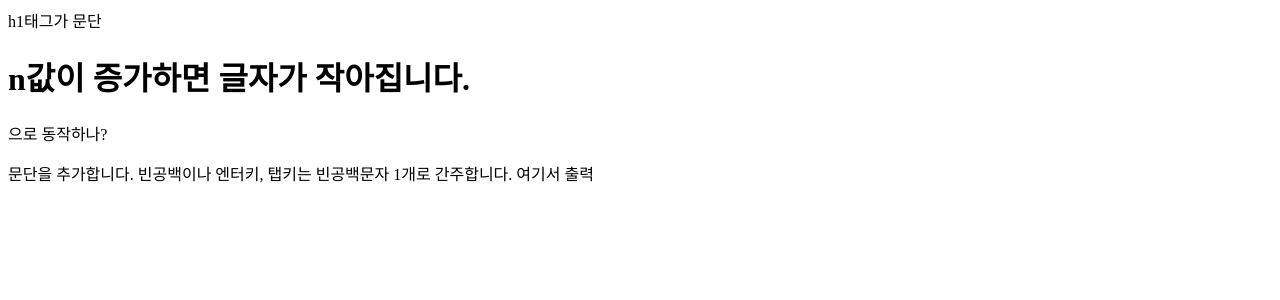
Repository: logicallaw/internet_programming
Page: T01/public/hello.html
These files come from the project's save history. The page is drawn as it stood at one moment and after the next save; the edit follows.
The browser window is 1280 px wide. The pictures show the whole page.

Above is the page before, as saved 2025-03-11 10:22:26.

### T01/public/hello.html
<!DOCTYPE html>
<html>
<head>
<meta charset="UTF-8">
<title>첫 페이지</title>
</head>
<body>
h1태그가 문단<h1>n값이 증가하면 글자가 작아집니다.</h1>으로 동작하나?
<p>
문단을 추가합니다.




빈공백이나 엔터키, 탭키는 빈공백문자 1개로 간주합니다.
			여기서 출력
</p>
</body>
</html>

After the next save:
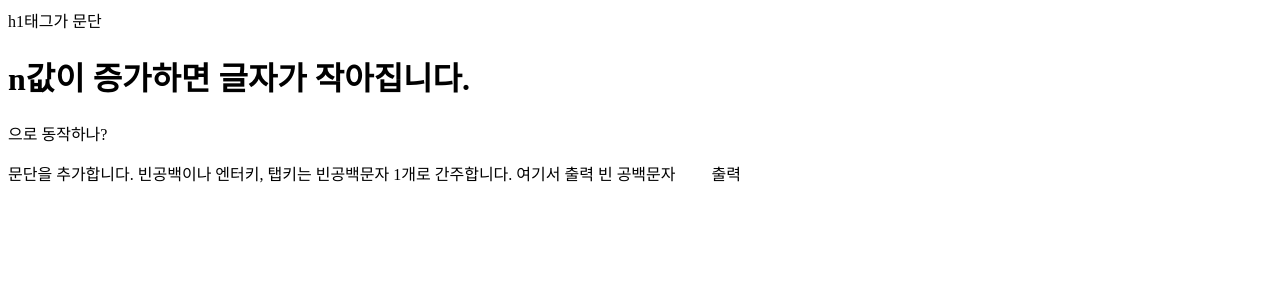
Saved 73 s later.
--- a/T01/public/hello.html
+++ b/T01/public/hello.html
@@ -14,6 +14,8 @@ h1태그가 문단<h1>n값이 증가하면 글자가 작아집니다.</h1>으로
 
 빈공백이나 엔터키, 탭키는 빈공백문자 1개로 간주합니다.
 			여기서 출력
+
+빈 공백문자 &nbsp; &nbsp; &nbsp; &nbsp; 출력
 </p>
 </body>
 </html>
